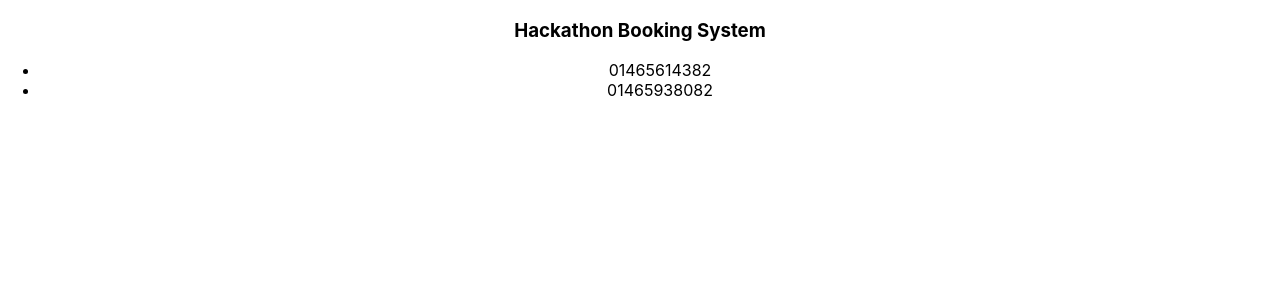
Repository: marlonguerios/onerecord_hackathon_2022
Page: /
An editor plug-in stored every save of this project. The page is shown before and after the next save, followed by the edit.
The browser window is 1280 px wide. The pictures show the whole page.
The project was rebuilt for these pictures with package versions that can differ from the ones it lists, and the page was loaded fresh each time.

Above is the page before, as saved 2022-10-22 16:13:43.

After the next save:
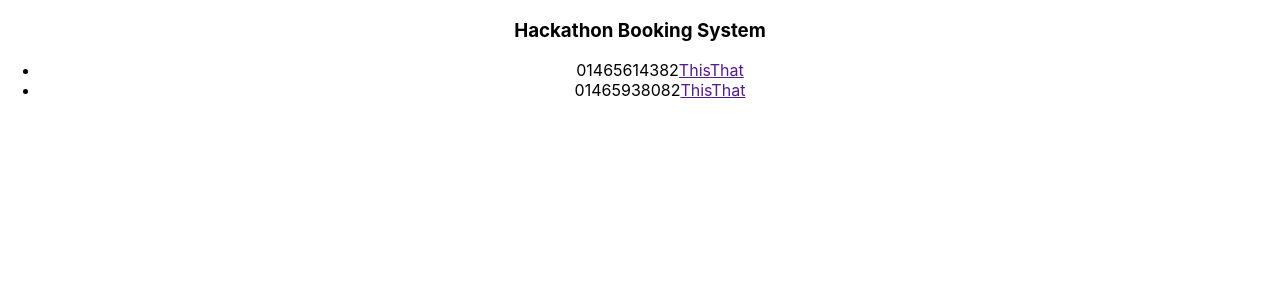
Saved 6 min 31 s later.
--- a/src/App.js
+++ b/src/App.js
@@ -16,6 +16,8 @@ function App() {
             { data.map( (awb) => {
               return <li key={awb["iata:booking:waybillNumber"]["iata:waybill:waybillNumber"]}>
                 {awb["iata:booking:waybillNumber"]["iata:waybill:waybillNumber"]}
+                <a href="">This</a>
+                <a href="">That</a>
                 </li>
             })}
             </ul>
